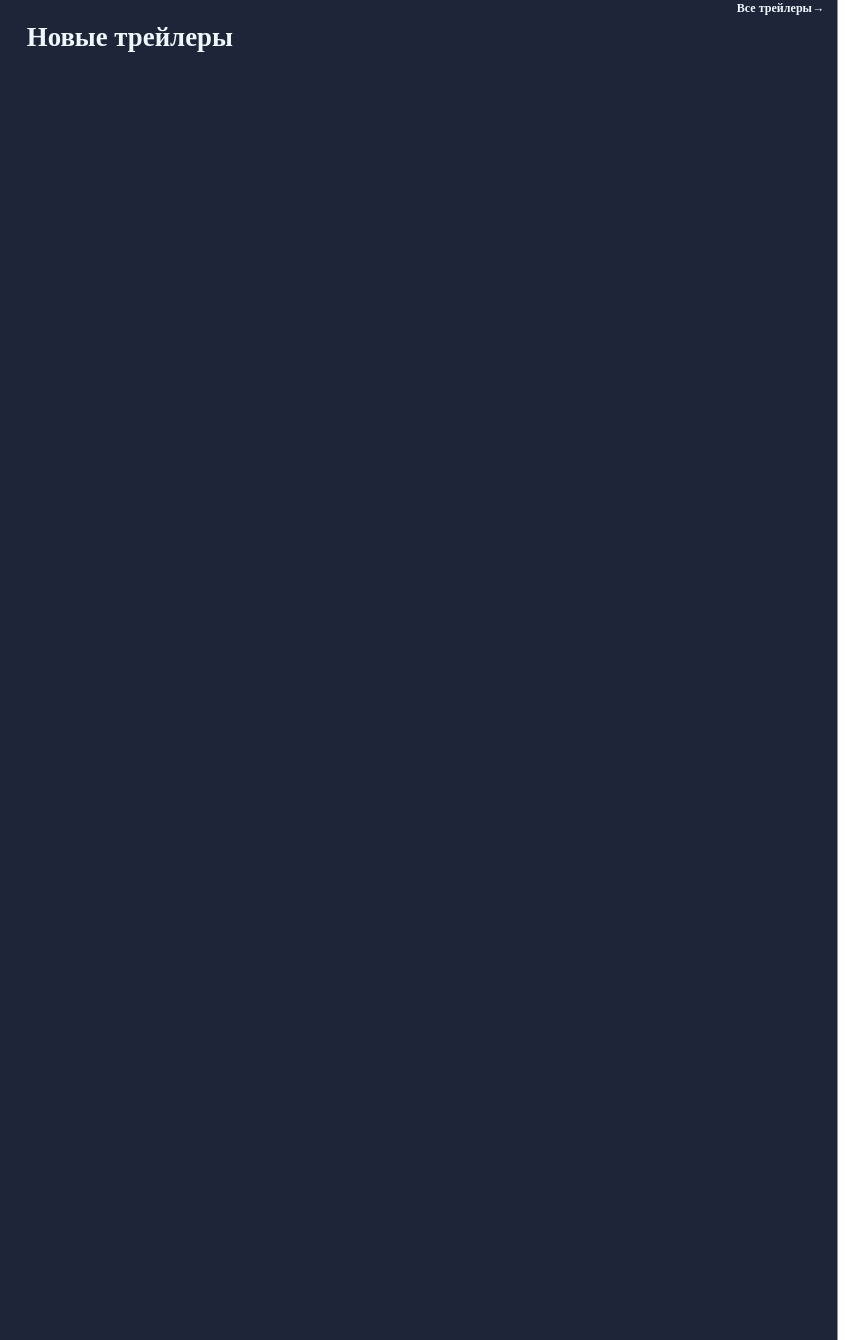
Repository: KHANas02/code
Page: index.html
The author's editor kept a copy of each file at every save. The page is drawn from the files as they stood at one save, then again after the next save.
The browser window is 1280 px wide. The page is 1290 px wide, then 1280 px, so the pictures cover 1290 px, including what lies to the right of the window. The pictures show the whole page, at 67% of full size.

Above is the page before, as saved 2024-03-14 13:39:29.

### index.html
<!DOCTYPE html>
<html lang="en">
<head>
    <meta charset="UTF-8">
    <meta name="viewport" content="width=device-width, initial-scale=1.0">
    <title>Document</title>
    <link rel="stylesheet" href="./style.css">
</head>
<body>
        <div class="divONE">
      <b><h1 class="text1">Новые трейлеры</h1></b>
      <b><h1 class="text2">Все трейлеры→</h1></b>
      <div class="divI">










</body>
</html>

### style.css
* {
  padding: 0;
  margin: 0;
  box-sizing: border-box;
}
h1:hover {
  transform: scale(1.1);
}
.divONE {
  width: 1250px;
  height: 2000px;
  background-color: #1e2538;
}
h1 {
  color: aliceblue;
}
b .text1 {
  font-family: Qanelas;
  font-size: 40px;
  font-weight: 900;
  line-height: 51px;
  letter-spacing: 0em;
  text-align: left;
  position: relative;
  top: 30px;
  left: 40px;
}
b .text2 {
  position: relative;
  bottom: 50px;
  right: 20px;

  font-size: 18px;
  font-weight: 700;
  line-height: 22px;
  letter-spacing: 0em;
  text-align: end;
  margin-bottom: 100px;
}

After the next save:
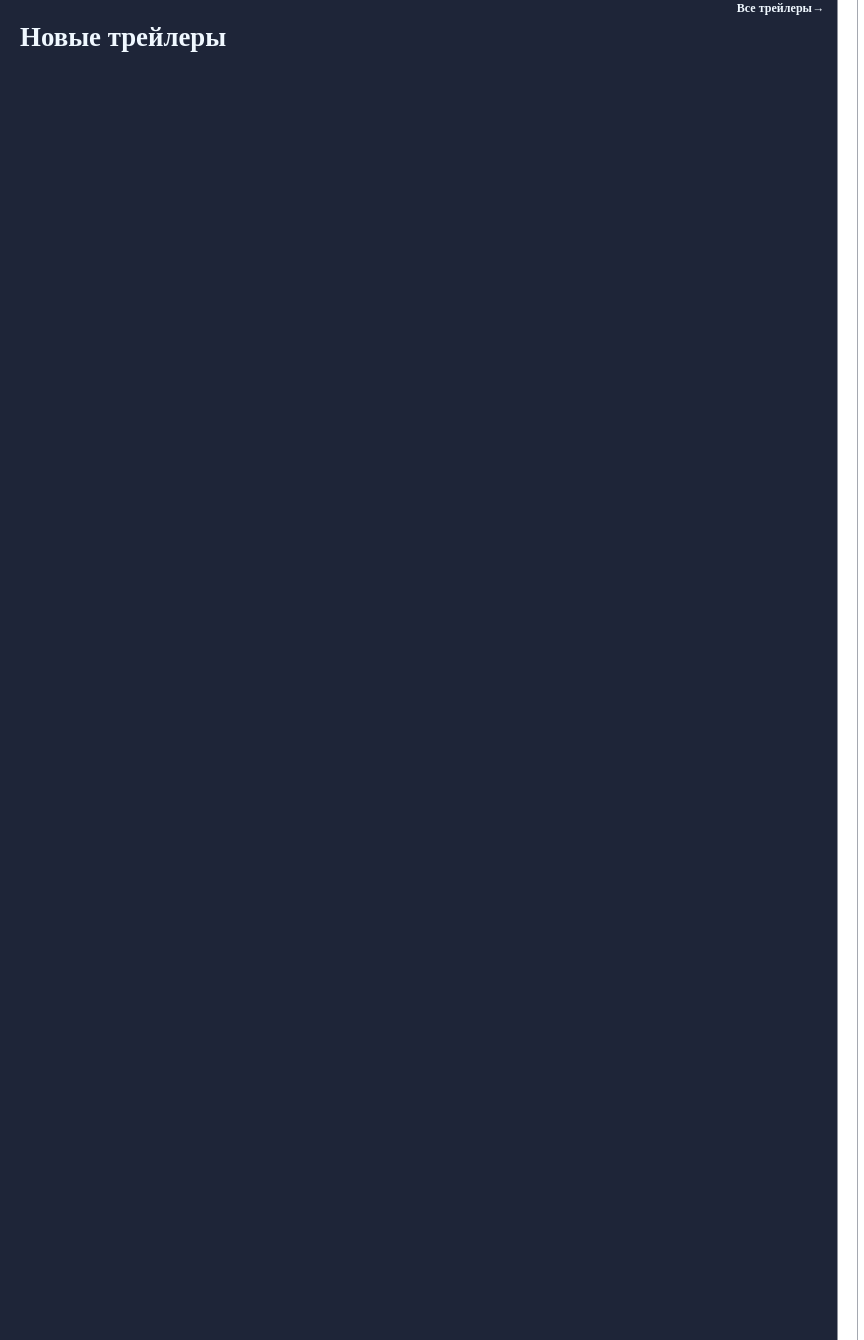
Saved 14 s later.
--- a/style.css
+++ b/style.css
@@ -23,7 +23,7 @@ b .text1 {
   text-align: left;
   position: relative;
   top: 30px;
-  left: 40px;
+  left: 30px;
 }
 b .text2 {
   position: relative;
